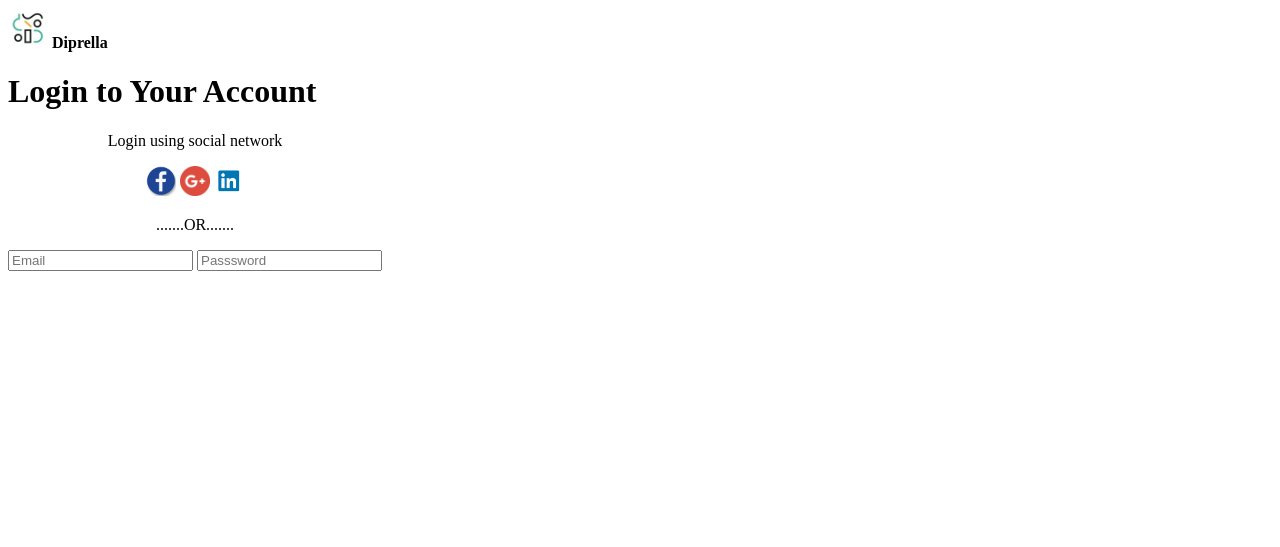
Repository: Tobby004/bdc-assignment-3
Page: task.html
An editor plug-in stored every save of this project. The page is shown before and after the next save, followed by the edit.
The browser window is 1280 px wide. The pictures show the whole page.

Above is the page before, as saved 2023-02-21 22:36:53.

### task.html
<!DOCTYPE html>
<html lang="en">
<head>
    <meta charset="UTF-8">
    <meta http-equiv="X-UA-Compatible" content="IE=edge">
    <meta name="viewport" content="width=device-width, initial-scale=1.0">
    <title>Document</title>
    <link rel="stylesheet" href="task.css">
</head>
<body>
    <div class="box-container">
    <div class="box1">
    <header id="logo"><img src="diprella.JPG"  height="40px"</header>
    <b>Diprella</b>
    <h1>Login to Your Account</h1>
    <p>Login using social network</p>
        <div class="logo">
            <a href="#"><img src="facebook.png" height="30px"</a>
            <a href="#"><img src="googe plus.png" height="30px"</a>
            <a href="#"><img src="linkedin.png" height="30px"</a>
            <p>.......OR.......</p>
           </div>
           <div class="form-input">
            <input class="text" placeholder="Email">
            <input class="Password" placeholder="Passsword">
           </div>
        </div>
        <div-2 class="box2">



        </div>

    </div>
</body>
</html>

### task.css
* {
    box-sizing: border-box;
}

.box-container {
   display: flex;

}
.box1 {
    background-color: white;
    display: flex;
    width: 800px;
    height: 700px;
}
.box2 {
    background-color: #20dbc2;
    height: 400px;
    width: 300px;
}

p {
    text-align: center;
}
div .logo {
    text-align: center;
}
div a{
    text-decoration: none;
}
div p{
    text-align: center;
    color: black;
}
.form-input {
    max-width: 500px;
    width: 100%;
    margin-left: auto;
    margin-right: auto;
}
input {

}

After the next save:
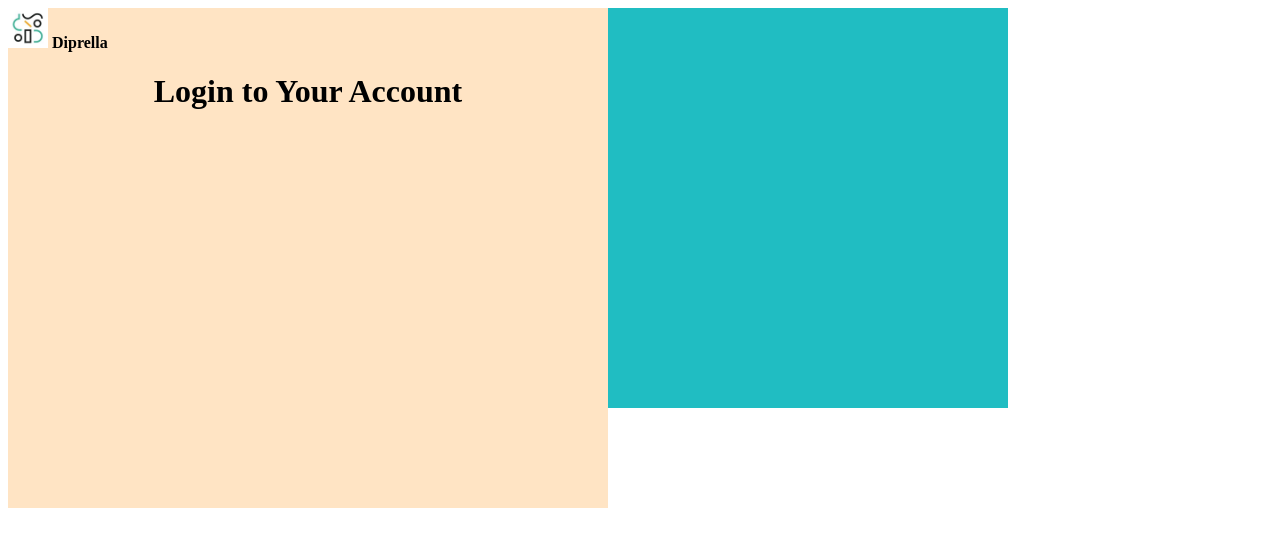
Saved 21 min 26 s later.
--- a/task.html
+++ b/task.html
@@ -8,29 +8,13 @@
     <link rel="stylesheet" href="task.css">
 </head>
 <body>
-    <div class="box-container">
-    <div class="box1">
-    <header id="logo"><img src="diprella.JPG"  height="40px"</header>
-    <b>Diprella</b>
-    <h1>Login to Your Account</h1>
-    <p>Login using social network</p>
-        <div class="logo">
-            <a href="#"><img src="facebook.png" height="30px"</a>
-            <a href="#"><img src="googe plus.png" height="30px"</a>
-            <a href="#"><img src="linkedin.png" height="30px"</a>
-            <p>.......OR.......</p>
-           </div>
-           <div class="form-input">
-            <input class="text" placeholder="Email">
-            <input class="Password" placeholder="Passsword">
-           </div>
+    <div class="container">
+        <div class="box1">
+        <header id="logo"><img src="diprella.JPG" height="40px">
+        <b>Diprella</b></header>
+        <h1>Login to Your Account</h1>
         </div>
-        <div-2 class="box2">
-
-
-
-        </div>
-
+        <div class="box2"></div>
     </div>
 </body>
 </html>
--- a/task.css
+++ b/task.css
@@ -1,42 +1,19 @@
 * {
     box-sizing: border-box;
 }
-
-.box-container {
-   display: flex;
-
+.container{
+    display: flex;
 }
 .box1 {
-    background-color: white;
-    display: flex;
-    width: 800px;
-    height: 700px;
+    background-color: bisque;
+    height: 500px;
+    width: 600px;
 }
-.box2 {
-    background-color: #20dbc2;
+.box2{
+    background-color: #20bdc2;
     height: 400px;
-    width: 300px;
+    width: 400px;
 }
-
-p {
+h1 {
     text-align: center;
 }
-div .logo {
-    text-align: center;
-}
-div a{
-    text-decoration: none;
-}
-div p{
-    text-align: center;
-    color: black;
-}
-.form-input {
-    max-width: 500px;
-    width: 100%;
-    margin-left: auto;
-    margin-right: auto;
-}
-input {
-
-}
